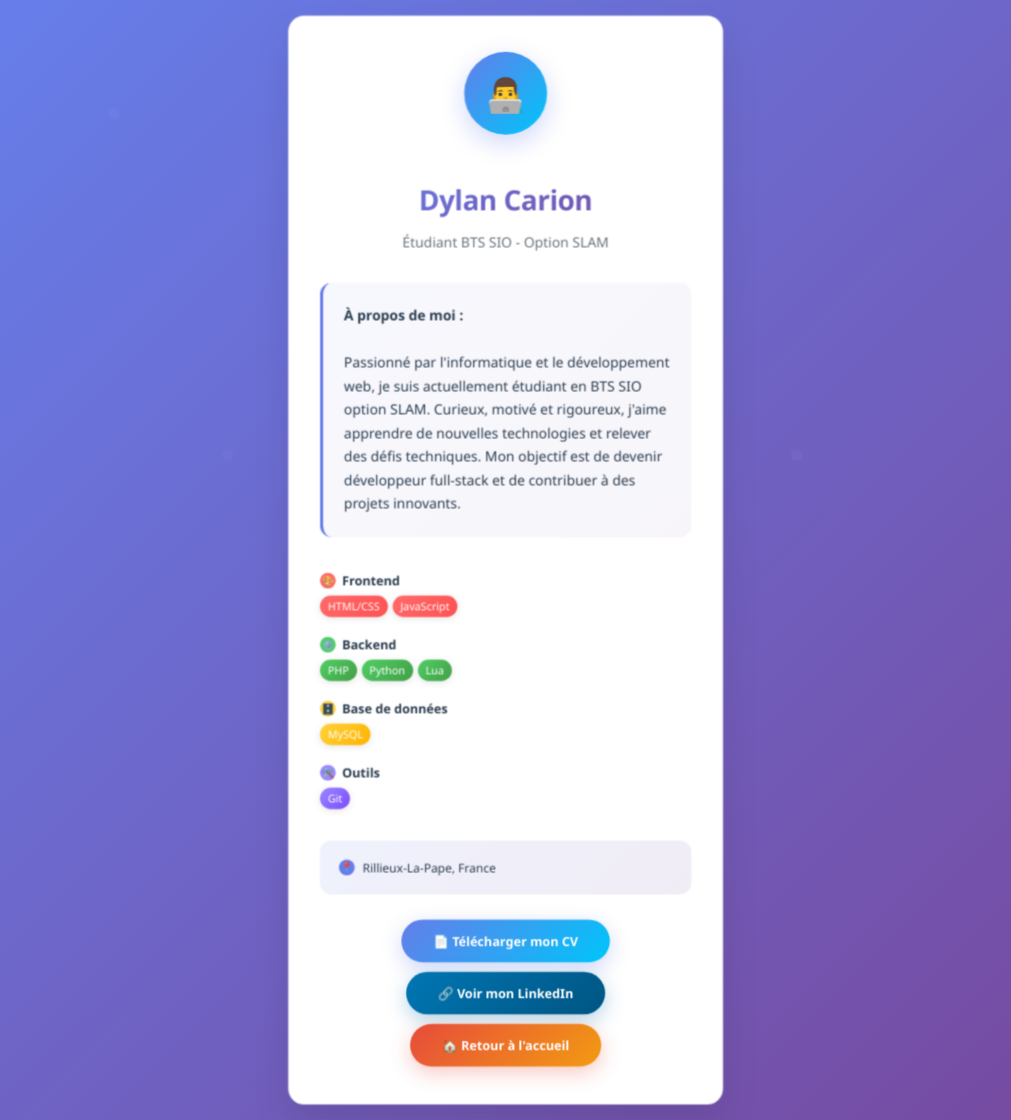
Repository: gato2fraises/Portfolio
Page: cv.html
These files come from the project's save history. The page is drawn as it stood at one moment and after the next save; the edit follows.
The browser window is 1280 px wide. The pictures show the whole page, at 79% of full size.

Above is the page before, as saved 2025-09-10 13:57:49.

### cv.html
<!DOCTYPE html>
<html lang="fr">
<head>
    <meta charset="UTF-8">
    <title>Dylan Carion - CV</title>
    <meta name="viewport" content="width=device-width, initial-scale=1">
    <style>
        :root {
            --primary: #667eea;
            --secondary: #764ba2;
            --accent: #00c6fb;
            --linkedin: #0077b5;
            --frontend: #ff6b6b;
            --backend: #51cf66;
            --database: #ffd43b;
            --tools: #9c88ff;
            --text: #2c3e50;
            --text-light: #6c757d;
            --white: #ffffff;
            --shadow: rgba(0, 0, 0, 0.1);
        }

        * {
            box-sizing: border-box;
            margin: 0;
            padding: 0;
        }

        body {
            font-family: 'Segoe UI', Tahoma, Geneva, Verdana, sans-serif;
            background: linear-gradient(135deg, var(--primary) 0%, var(--secondary) 100%);
            min-height: 100vh;
            display: flex;
            align-items: center;
            justify-content: center;
            padding: 20px;
            position: relative;
            overflow-x: auto;
        }

        /* Animation de fond */
        body::before {
            content: '';
            position: fixed;
            top: 0;
            left: 0;
            width: 100%;
            height: 100%;
            background: url('data:[embedded picture, 425 characters]');
            pointer-events: none;
            z-index: 0;
        }

        .container {
            background: var(--white);
            padding: 3em 2.5em;
            border-radius: 20px;
            max-width: 550px;
            width: 100%;
            box-shadow:
                0 25px 50px var(--shadow),
                0 0 0 1px rgba(255, 255, 255, 0.2);
            backdrop-filter: blur(10px);
            text-align: center;
            position: relative;
            z-index: 1;
            animation: slideInUp 0.8s cubic-bezier(0.16, 1, 0.3, 1);
        }

        @keyframes slideInUp {
            from {
                opacity: 0;
                transform: translateY(50px);
            }
            to {
                opacity: 1;
                transform: translateY(0);
            }
        }

        .profile-section {
            margin-bottom: 2.5em;
        }

        .avatar {
            width: 100px;
            height: 100px;
            border-radius: 50%;
            background: linear-gradient(135deg, var(--primary), var(--accent));
            margin: 0 auto 1.5em;
            display: flex;
            align-items: center;
            justify-content: center;
            font-size: 2.5em;
            color: var(--white);
            box-shadow: 0 10px 30px rgba(102, 126, 234, 0.3);
            animation: pulse 2s ease-in-out infinite;
        }

        @keyframes pulse {
            0%, 100% {
                transform: scale(1);
            }
            50% {
                transform: scale(1.05);
            }
        }

        h1 {
            color: var(--text);
            font-size: 2.2em;
            margin-bottom: 0.5em;
            font-weight: 700;
            letter-spacing: -0.5px;
            background: linear-gradient(135deg, var(--primary), var(--secondary));
            -webkit-background-clip: text;
            -webkit-text-fill-color: transparent;
            background-clip: text;
        }

        .subtitle {
            color: var(--text-light);
            font-size: 1.1em;
            margin-bottom: 2em;
            font-weight: 500;
        }

        .description {
            color: var(--text);
            font-size: 1.1em;
            line-height: 1.7;
            margin-bottom: 2.5em;
            text-align: left;
            background: linear-gradient(135deg, rgba(102, 126, 234, 0.05), rgba(118, 75, 162, 0.05));
            padding: 1.5em;
            border-radius: 15px;
            border-left: 4px solid var(--primary);
        }

        .skills-section {
            margin-bottom: 2.5em;
        }

        .skill-category {
            margin-bottom: 1.5em;
            text-align: left;
        }

        .skill-category:last-child {
            margin-bottom: 0;
        }

        .category-title {
            font-size: 1em;
            font-weight: 600;
            color: var(--text);
            margin-bottom: 8px;
            display: flex;
            align-items: center;
            gap: 8px;
        }

        .category-icon {
            width: 20px;
            height: 20px;
            border-radius: 50%;
            display: flex;
            align-items: center;
            justify-content: center;
            font-size: 0.8em;
            color: var(--white);
        }

        .frontend .category-icon {
            background: var(--frontend);
        }

        .backend .category-icon {
            background: var(--backend);
        }

        .database .category-icon {
            background: var(--database);
        }

        .tools .category-icon {
            background: var(--tools);
        }

        .skills {
            display: flex;
            flex-wrap: wrap;
            gap: 6px;
        }

        .skill-tag {
            color: var(--white);
            padding: 4px 10px;
            border-radius: 15px;
            font-size: 0.85em;
            font-weight: 500;
            box-shadow: 0 2px 8px rgba(0, 0, 0, 0.1);
            transition: transform 0.2s ease;
        }

        .skill-tag:hover {
            transform: translateY(-2px);
        }

        .frontend .skill-tag {
            background: linear-gradient(135deg, var(--frontend), #ff5252);
        }

        .backend .skill-tag {
            background: linear-gradient(135deg, var(--backend), #43a047);
        }

        .database .skill-tag {
            background: linear-gradient(135deg, var(--database), #ffb300);
        }

        .tools .skill-tag {
            background: linear-gradient(135deg, var(--tools), #7c4dff);
        }

        .contact-info {
            margin-bottom: 2em;
            padding: 1.5em;
            background: linear-gradient(135deg, rgba(102, 126, 234, 0.1), rgba(118, 75, 162, 0.1));
            border-radius: 15px;
            text-align: left;
        }

        .contact-item {
            display: flex;
            align-items: center;
            gap: 10px;
            margin-bottom: 10px;
            color: var(--text);
            font-size: 0.95em;
        }

        .contact-item:last-child {
            margin-bottom: 0;
        }

        .contact-icon {
            width: 20px;
            height: 20px;
            display: flex;
            align-items: center;
            justify-content: center;
            background: var(--primary);
            color: var(--white);
            border-radius: 50%;
            font-size: 0.8em;
        }

        .buttons {
            display: flex;
            flex-direction: column;
            gap: 12px;
            align-items: center;
        }

        .btn {
            display: inline-block;
            padding: 1em 2.5em;
            text-decoration: none;
            border-radius: 50px;
            font-weight: 600;
            font-size: 1em;
            transition: all 0.3s cubic-bezier(0.4, 0, 0.2, 1);
            position: relative;
            overflow: hidden;
            min-width: 200px;
            text-align: center;
        }

        .btn::before {
            content: '';
            position: absolute;
            top: 0;
            left: -100%;
            width: 100%;
            height: 100%;
            background: linear-gradient(90deg, transparent, rgba(255, 255, 255, 0.2), transparent);
            transition: left 0.5s;
        }

        .btn:hover::before {
            left: 100%;
        }

        .btn-primary {
            background: linear-gradient(135deg, var(--primary) 0%, var(--accent) 100%);
            color: var(--white);
            box-shadow: 0 8px 25px rgba(102, 126, 234, 0.3);
        }

        .btn-primary:hover {
            transform: translateY(-3px);
            box-shadow: 0 15px 35px rgba(102, 126, 234, 0.4);
        }

        .btn-linkedin {
            background: linear-gradient(135deg, var(--linkedin) 0%, #005582 100%);
            color: var(--white);
            box-shadow: 0 8px 25px rgba(0, 119, 181, 0.3);
        }

        .btn-linkedin:hover {
            transform: translateY(-3px);
            box-shadow: 0 15px 35px rgba(0, 119, 181, 0.4);
        }

        .btn-secondary {
            background: linear-gradient(135deg, #e74c3c 0%, #f39c12 100%);
            color: var(--white);
            box-shadow: 0 8px 25px rgba(231, 76, 60, 0.3);
        }

        .btn-secondary:hover {
            transform: translateY(-3px);
            box-shadow: 0 15px 35px rgba(231, 76, 60, 0.4);
        }

        @media (max-width: 600px) {
            .container {
                padding: 2em 1.5em;
                max-width: 95vw;
                border-radius: 15px;
            }

            h1 {
                font-size: 1.8em;
            }

            .avatar {
                width: 80px;
                height: 80px;
                font-size: 2em;
            }

            .description {
                font-size: 1em;
                padding: 1.2em;
            }

            .btn {
                width: 100%;
                min-width: auto;
            }

            .skills {
                gap: 4px;
            }

            .skill-tag {
                font-size: 0.75em;
                padding: 3px 8px;
            }

            .category-title {
                font-size: 0.9em;
            }
        }

        @media (max-width: 400px) {
            .container {
                padding: 1.5em 1em;
            }

            h1 {
                font-size: 1.6em;
            }

            .btn {
                font-size: 0.9em;
                padding: 0.9em 2em;
            }
        }
    </style>
</head>
<body>
    <div class="container">
        <div class="profile-section">
            <div class="avatar">👨‍💻</div>
            <h1>Dylan Carion</h1>
            <div class="subtitle">Étudiant BTS SIO - Option SLAM</div>
        </div>

        <div class="description">
            <strong>À propos de moi :</strong><br><br>
            Passionné par l'informatique et le développement web, je suis actuellement étudiant en BTS SIO option SLAM.
            Curieux, motivé et rigoureux, j'aime apprendre de nouvelles technologies et relever des défis techniques.
            Mon objectif est de devenir développeur full-stack et de contribuer à des projets innovants.
        </div>

        <div class="skills-section">
            <div class="skill-category frontend">
                <div class="category-title">
                    <div class="category-icon">🎨</div>
                    <span>Frontend</span>
                </div>
                <div class="skills">
                    <span class="skill-tag">HTML/CSS</span>
                    <span class="skill-tag">JavaScript</span>
                </div>
            </div>

            <div class="skill-category backend">
                <div class="category-title">
                    <div class="category-icon">⚙️</div>
                    <span>Backend</span>
                </div>
                <div class="skills">
                    <span class="skill-tag">PHP</span>
                    <span class="skill-tag">Python</span>
                    <span class="skill-tag">Lua</span>
                </div>
            </div>

            <div class="skill-category database">
                <div class="category-title">
                    <div class="category-icon">🗄️</div>
                    <span>Base de données</span>
                </div>
                <div class="skills">
                    <span class="skill-tag">MySQL</span>
                </div>
            </div>

            <div class="skill-category tools">
                <div class="category-title">
                    <div class="category-icon">🛠️</div>
                    <span>Outils</span>
                </div>
                <div class="skills">
                    <span class="skill-tag">Git</span>
                </div>
            </div>
        </div>

        <div class="contact-info">
            <div class="contact-item">
                <div class="contact-icon">📍</div>
                <span>Rillieux-La-Pape, France</span>
            </div>
        </div>

        <div class="buttons">
            <a href="document/cv.pdf" class="btn btn-primary" download>
                📄 Télécharger mon CV
            </a>
            <a href="https://linkedin.com/in/dylan-carion-98318a208" class="btn btn-linkedin" target="_blank" rel="noopener noreferrer">
                🔗 Voir mon LinkedIn
            </a>
            <a href="Page.html" class="btn btn-secondary">
                🏠 Retour à l'accueil
            </a>
        </div>
    </div>
</body>
</html>

After the next save:
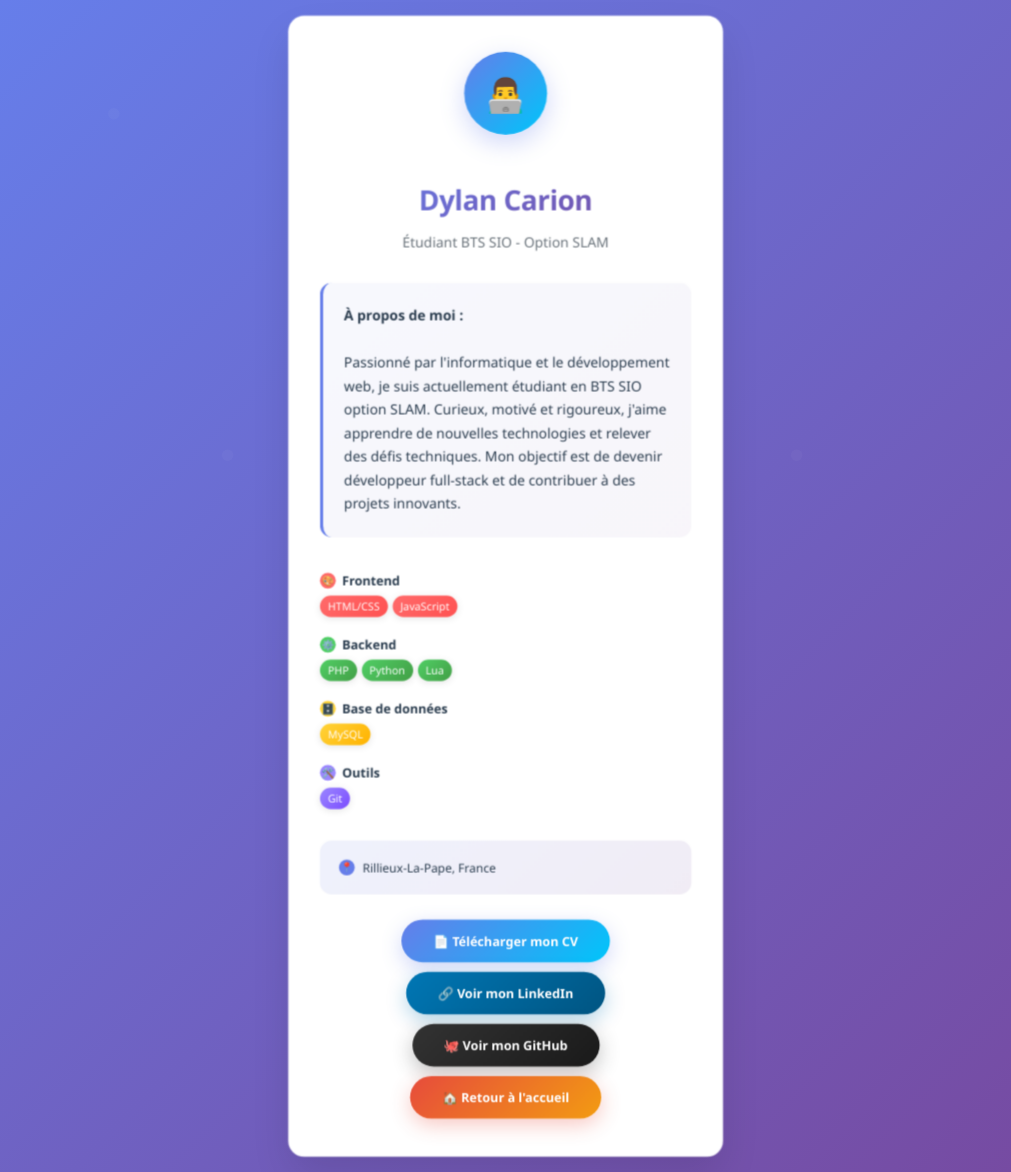
Saved 4 min 1 s later.
--- a/cv.html
+++ b/cv.html
@@ -10,6 +10,7 @@
             --secondary: #764ba2;
             --accent: #00c6fb;
             --linkedin: #0077b5;
+            --github: #333333;
             --frontend: #ff6b6b;
             --backend: #51cf66;
             --database: #ffd43b;
@@ -314,6 +315,17 @@
             box-shadow: 0 15px 35px rgba(0, 119, 181, 0.4);
         }
 
+        .btn-github {
+            background: linear-gradient(135deg, var(--github) 0%, #1a1a1a 100%);
+            color: var(--white);
+            box-shadow: 0 8px 25px rgba(51, 51, 51, 0.3);
+        }
+
+        .btn-github:hover {
+            transform: translateY(-3px);
+            box-shadow: 0 15px 35px rgba(51, 51, 51, 0.4);
+        }
+
         .btn-secondary {
             background: linear-gradient(135deg, #e74c3c 0%, #f39c12 100%);
             color: var(--white);
@@ -456,6 +468,9 @@
             <a href="https://linkedin.com/in/dylan-carion-98318a208" class="btn btn-linkedin" target="_blank" rel="noopener noreferrer">
                 🔗 Voir mon LinkedIn
             </a>
+            <a href="https://github.com/dylan-carion" class="btn btn-github" target="_blank" rel="noopener noreferrer">
+                🐙 Voir mon GitHub
+            </a>
             <a href="Page.html" class="btn btn-secondary">
                 🏠 Retour à l'accueil
             </a>
